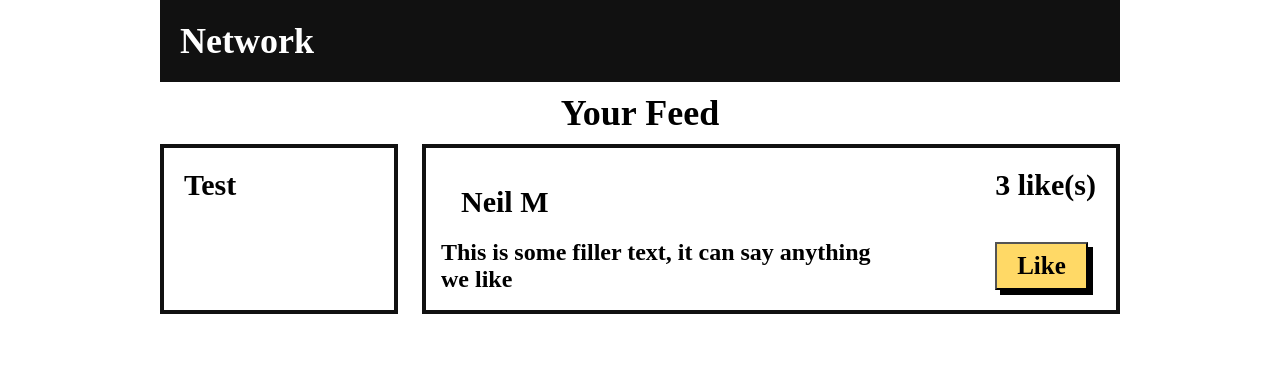
Repository: Blender20/liking_likes
Page: index.html
An editor plug-in stored every save of this project. The page is shown before and after the next save, followed by the edit.
The browser window is 1280 px wide. The pictures show the whole page.
Some web fonts or font styles are not loaded; a fallback is used.

Above is the page before, as saved 2022-03-29 22:42:41.

### index.html
<!DOCTYPE html>
<html lang="en">

<head>
  <meta charset="UTF-8">
  <meta http-equiv="X-UA-Compatible" content="IE=edge">
  <meta name="viewport" content="width=device-width, initial-scale=1.0">
  <link rel="stylesheet" href="style.css">
  <title>Document</title>
</head>

<body>
  <nav>
    <h1>Network</h1>
  </nav>
  <div class="feed">
    <h1>Your Feed</h1>
  </div>
  <div class="container flex">
    <div class="leftColumn">
      <h3>Test</h2>
    </div>
    <div class="rightColumn flex ">

      <div class="user ">

        <h3>Neil M</h3>
        <h2>This is some filler text, it can say anything <br>we like</h2>

      </div>
      <div>
        <h3 ><span id="likeCount">3</span> like(s)</h3>
        <button onclick="addLike()" id="like">Like</button>

      </div>
    </div>
    </div>
  </div>
  <script src="script.js"></script>
</body>

</html>

### style.css
@import url('https://fonts.googleapis.com/css2?family=Balsamiq+Sans:ital,wght@0,400;0,700;1,700&display=swap');
  *{
  padding: 0;
  margin: 0;
  box-sizing: border-box;
  font-family: 'Balsamiq Sans', cursive;
}

.flex {
  display: flex;
  justify-content: space-between;
  align-self: center;
  gap:1.5em;
}
nav{
  min-height: 70px;
  background-color: #111;
  display: block;
  width: 75%;
  margin: 0 auto;

  color: #fff;
  font-family: "balsamiq Sans";
  padding: 10px
}
.container {
  margin: 0 auto;
  width: 75%
}

 .leftColumn{
  border: 4px solid #111;
  margin-top: 50px;

  flex:1;
  margin: 0 auto;
 }

.rightColumn {
  border: 4px solid #111;
  margin-top: 50px;
  /* width:550px; */
  flex:3;
  margin: 0 auto;

}
.user{
  padding: 15px ;
  flex:1;

  margin: auto 0;
}
h1 {

  font-size: 36px;
  padding: 10px;
}
.feed {
  text-align: center;
  justify-content: center;
}
h3 {
  padding: 20px;
  align-self: center;
  font-size: 30px;
}
#like {
  background-color: #FFD966;
  padding: 8px 20px;
  margin: 20px;
  font-weight: 900;
  font-size: 25px;
  box-shadow: 5px 5px;
}

### script.js
var likeCount = document.querySelector('#likeCount')
console.log(likeCount)
function addLike() {

  likeCount.innerText++;

}

After the next save:
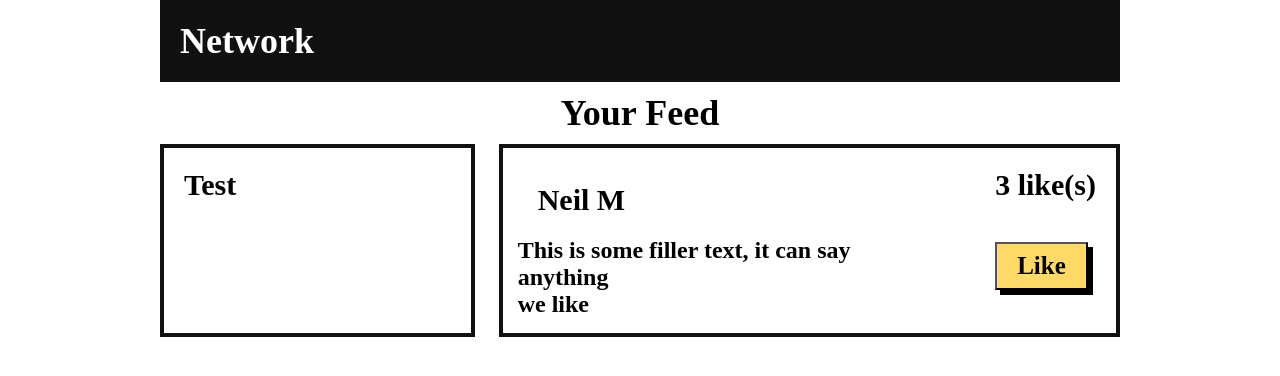
Saved 39 s later.
--- a/style.css
+++ b/style.css
@@ -40,7 +40,7 @@ nav{
   border: 4px solid #111;
   margin-top: 50px;
   /* width:550px; */
-  flex:3;
+  flex:2;
   margin: 0 auto;
 
 }
